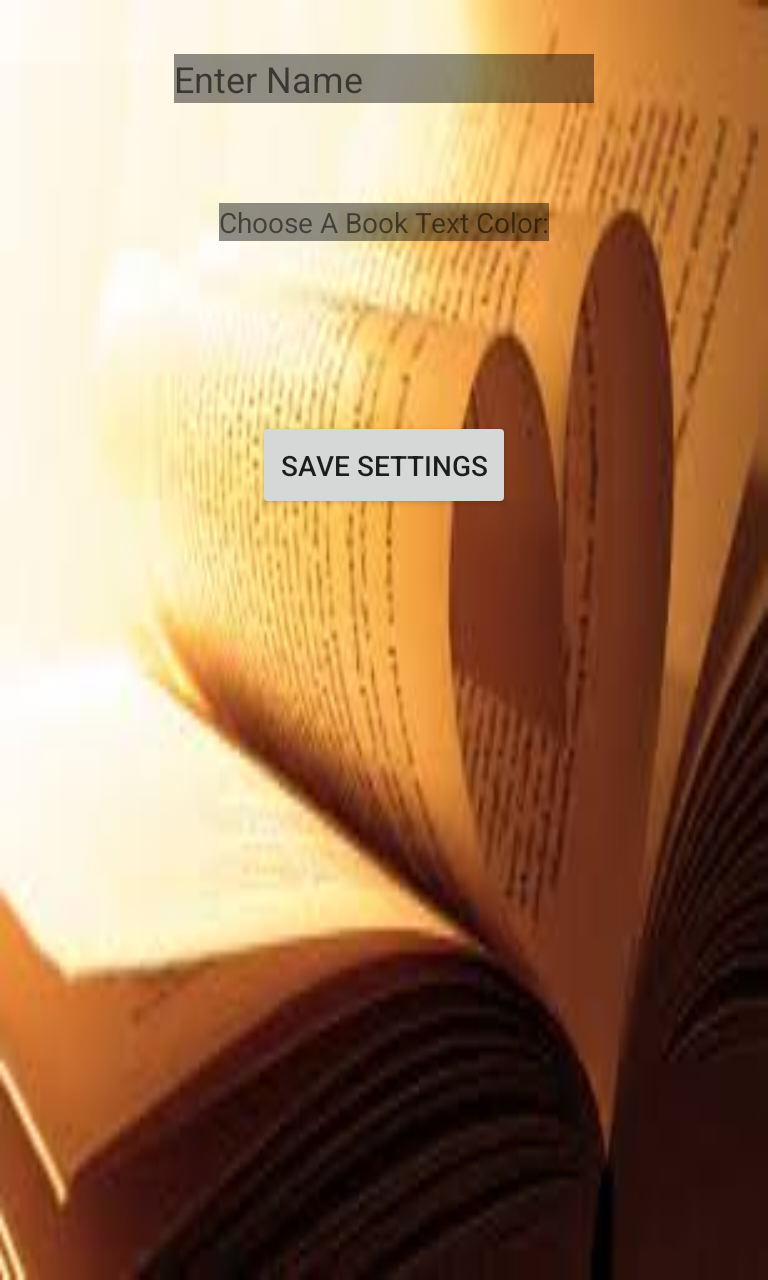
Repository: arianaantonio/MDF3_Antonio
Layout: Readable/res/layout/activity_main.xml
These files come from the project's save history. The layout is drawn as it stood at one moment and after the next save; the edit follows.
It is drawn on a 768 x 1280 px phone screen (xhdpi) without system bars, with theme AppTheme; the app's code is not run. The app's manifest (not shown) leaves right-to-left support off. So textAlignment, textDirection and layoutDirection are ignored, and left and right values win over start and end ones.

Above is the layout before, as saved 2014-08-21 03:20:00.

After the next save:
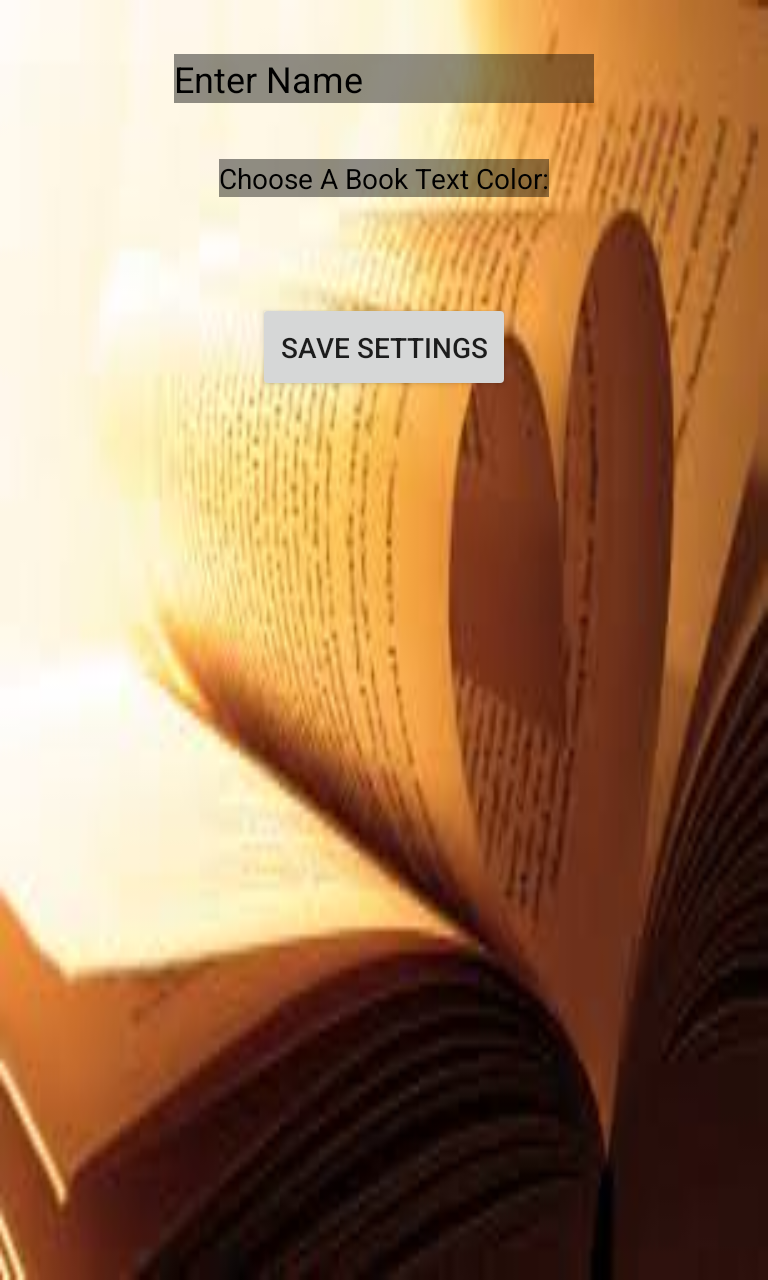
Saved 4 s later.
--- a/Readable/res/layout/activity_main.xml
+++ b/Readable/res/layout/activity_main.xml
@@ -21,9 +21,20 @@
         android:layout_alignParentTop="true"
         android:layout_centerHorizontal="true"
         android:layout_marginTop="27dp"
+        android:background="@color/transparentBlack"
         android:ems="10"
+        android:hint="@string/name"
+        android:textColorHint="@color/black" />
+
+    <Spinner
+        android:id="@+id/spinner1"
+        android:layout_width="wrap_content"
+        android:layout_height="wrap_content"
+        android:layout_alignParentLeft="true"
+        android:layout_below="@+id/textView2"
         android:background="@color/transparentBlack"
-        android:hint="@string/name" />
+        android:gravity="center"
+        android:textAlignment="center" />
 
     <TextView
         android:id="@+id/textView2"
@@ -31,19 +42,10 @@
         android:layout_height="wrap_content"
         android:layout_below="@+id/editText1"
         android:layout_centerHorizontal="true"
-        android:layout_marginTop="50dp"
+        android:layout_marginTop="28dp"
         android:background="@color/transparentBlack"
-        android:text="@string/backgroundColor" />
-
-    <Spinner
-        android:id="@+id/spinner1"
-        android:layout_width="wrap_content"
-        android:layout_height="wrap_content"
-        android:layout_below="@+id/textView2"
-        android:layout_centerHorizontal="true"
-        android:layout_marginTop="37dp"
-        android:gravity="center"
-        android:background="@color/transparentBlack"
-        android:textAlignment="center" />
+        android:text="@string/backgroundColor"
+        android:textColor="@color/black"
+        android:textColorHint="@color/black" />
 
 </RelativeLayout>
